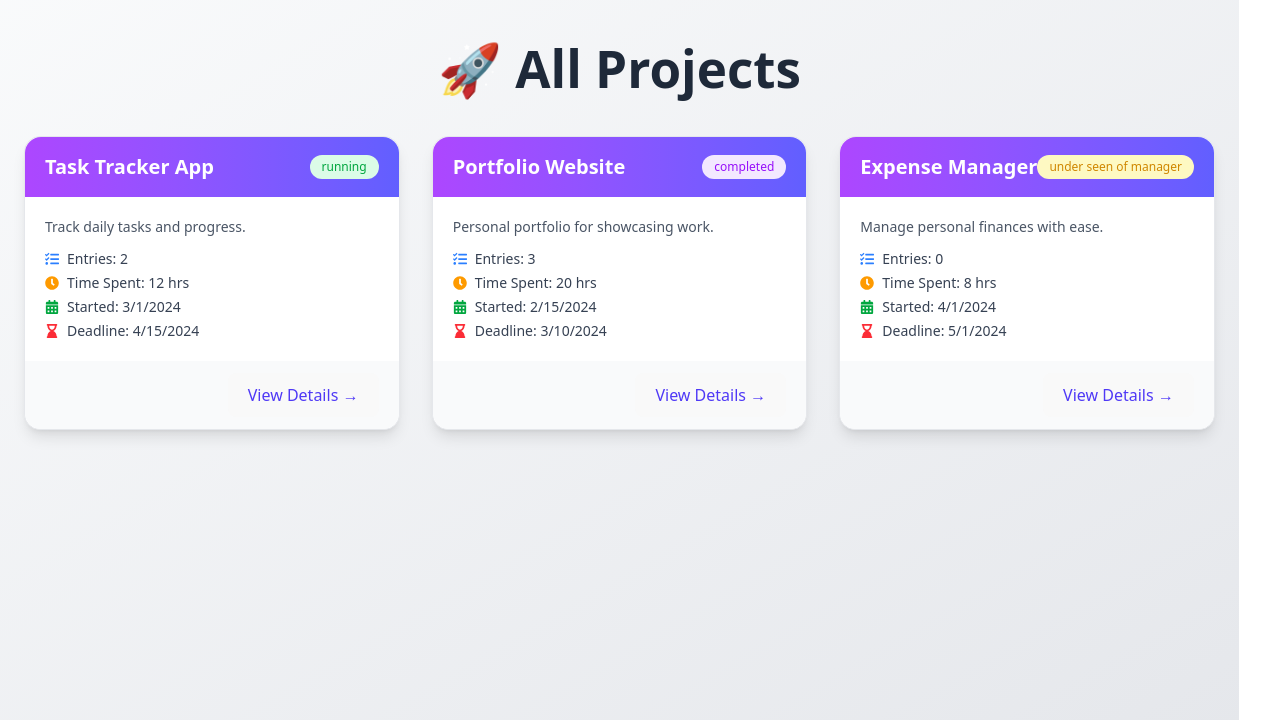
Repository: mohitagrawal0412/Workify
Page: /projects (app in client/)
These files come from the project's save history. The page is drawn as it stood at one moment and after the next save; the edit follows.
The browser window is 1280 px wide. The pictures show the whole page.
The project was rebuilt for these pictures with package versions that can differ from the ones it lists, and the page was loaded fresh each time. Also part of the build but not shown: client/vite.config.js, client/src/Components/Dashboard/Dashboard.jsx.

Above is the page before, as saved 2025-04-15 09:55:58.

After the next save:
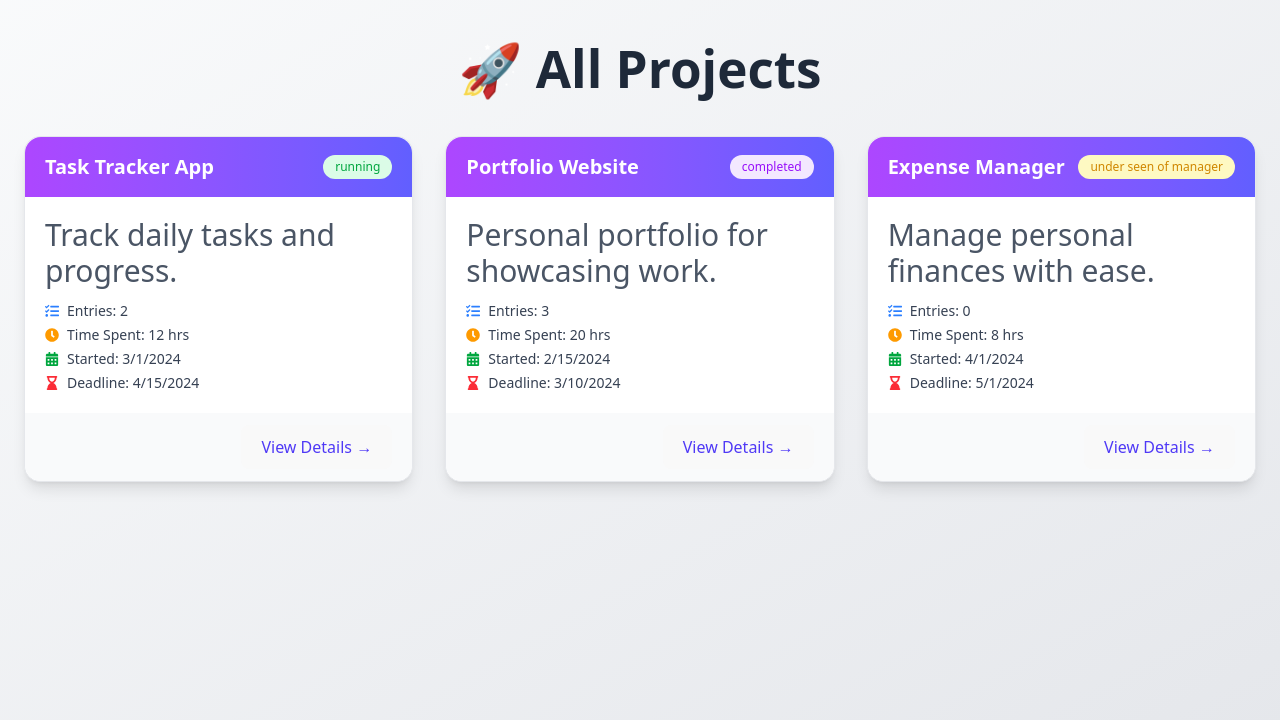
Saved 5 s later.
--- a/client/src/Components/Dashboard/AllProjects.jsx
+++ b/client/src/Components/Dashboard/AllProjects.jsx
@@ -63,7 +63,7 @@ const AllProjects = () => {
 
                         {/* Card Body */}
                         <div className="p-5 space-y-3">
-                            <p className="text-gray-600 text-sm text-3xl">{project.description}</p>
+                            <p className="text-gray-600 text-3xl">{project.description}</p>
 
                             <div className="text-sm text-gray-700 space-y-1">
                                 <div className="flex items-center gap-2">
